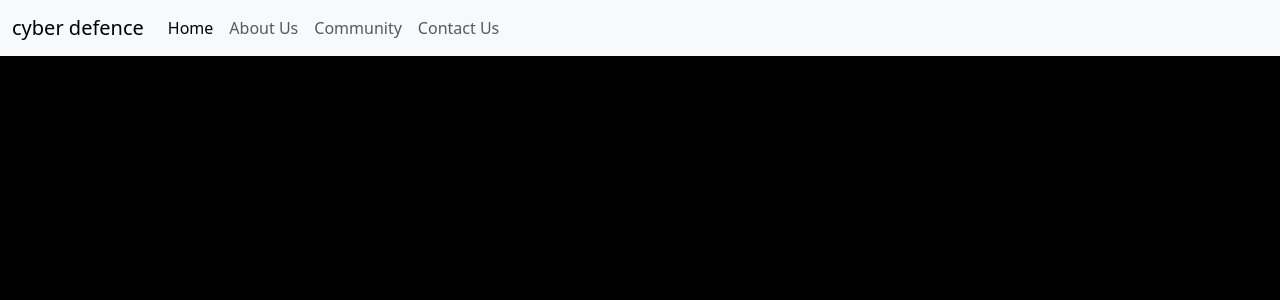
Repository: newworldhost/nwh
Page: community.html
An editor plug-in stored every save of this project. The page is shown before and after a run of saves, followed by the edit.
The browser window is 1280 px wide. The pictures show the whole page.

Above is the page before, as saved 2025-03-05 00:02:41.

After the next 2 saves:
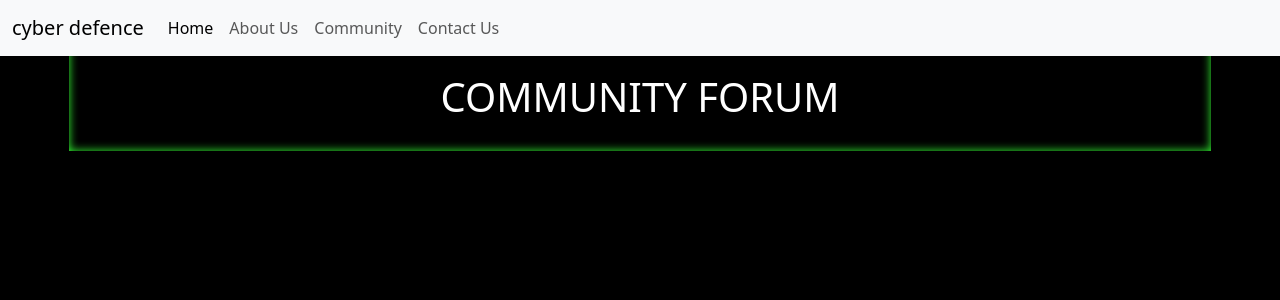
The 2 saves are shown as one change because they came seconds apart.
The last was saved 9 s later.
--- a/community.html
+++ b/community.html
@@ -28,6 +28,7 @@
             </div>
           </nav>
    <main class="container">
+    <h1>Community Forum</h1>
 
    </main>
 
